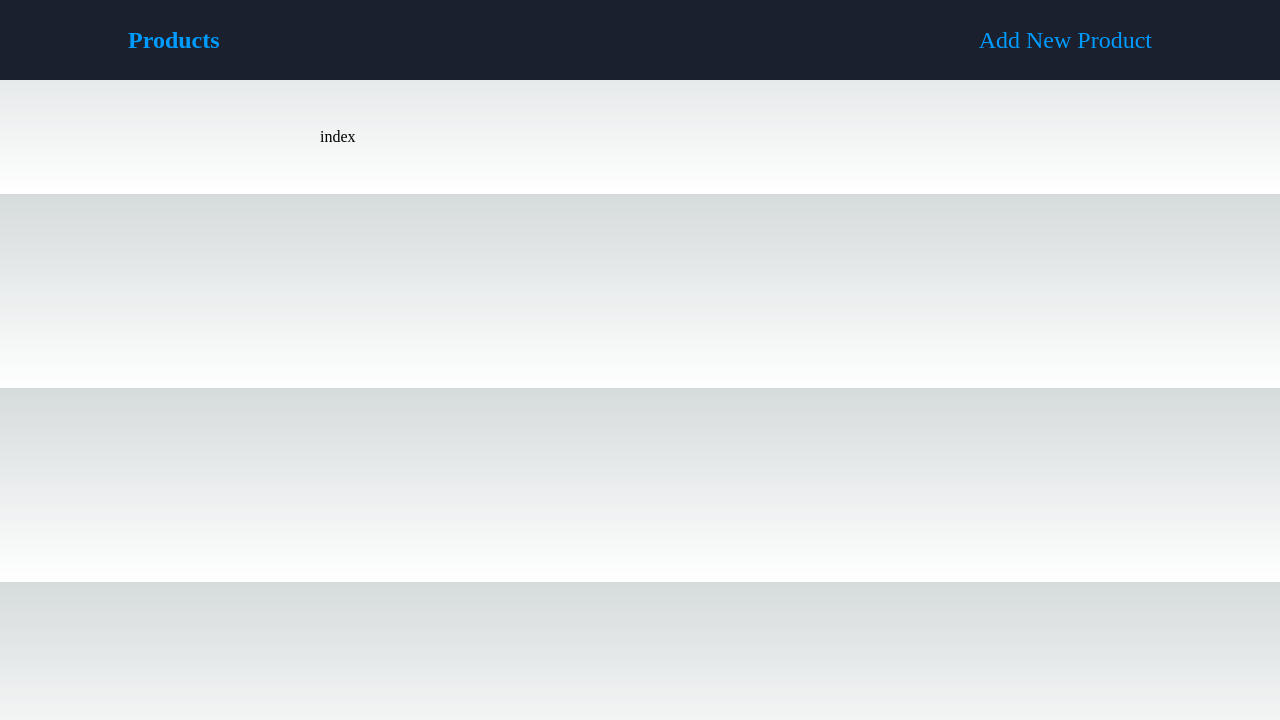
Repository: abdulrahmanmahmood/Full-Stack-Ecommerce-app
Page: /new-product
These files come from the project's save history. The page is drawn as it stood at one moment and after the next save; the edit follows.
The browser window is 1280 px wide. The pictures show the whole page.
The project was rebuilt for these pictures with package versions that can differ from the ones it lists, and the page was loaded fresh each time. The framework's server and built-in components were replaced by stand-ins that run in the browser. Also part of the build but not shown: next.config.js.

Above is the page before, as saved 2023-11-13 17:00:19.

After the next save:
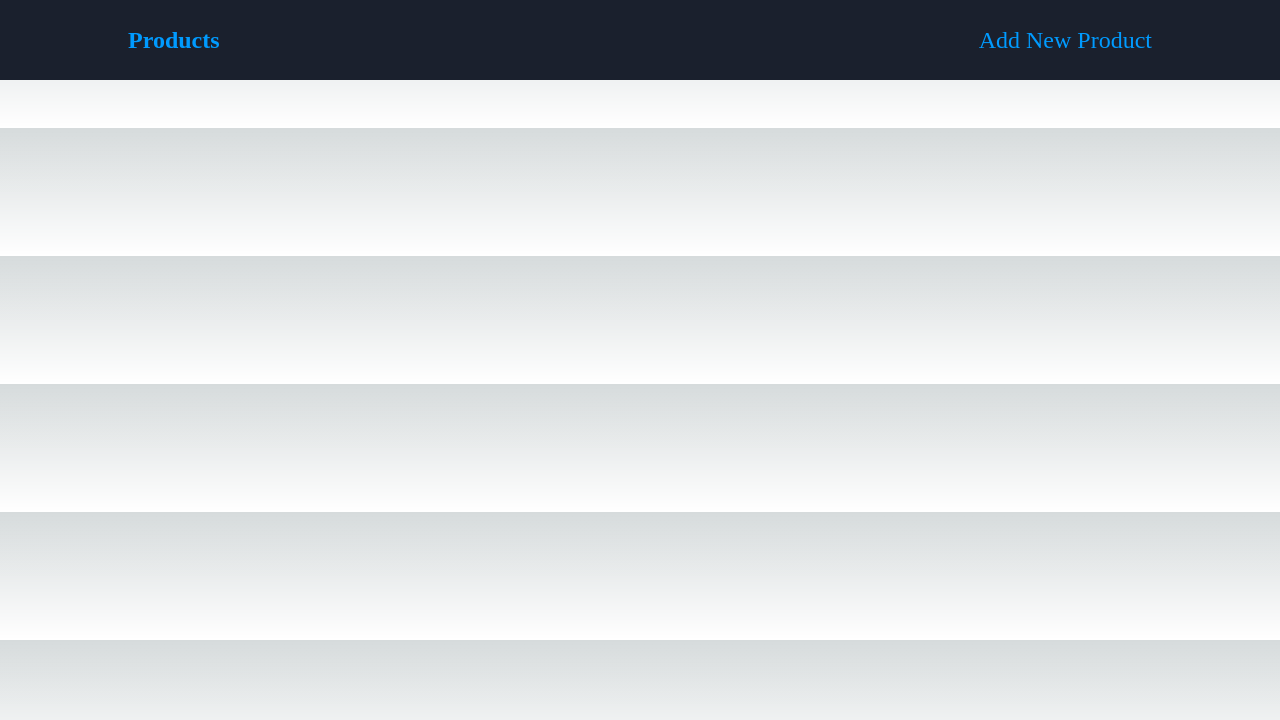
Saved 4 s later.
--- a/pages/new-product/index.js
+++ b/pages/new-product/index.js
@@ -1,7 +1,9 @@
 // /new-product
 function index() {
   return (
-    <div>index</div>
+    <div>
+
+    </div>
   )
 }
 
